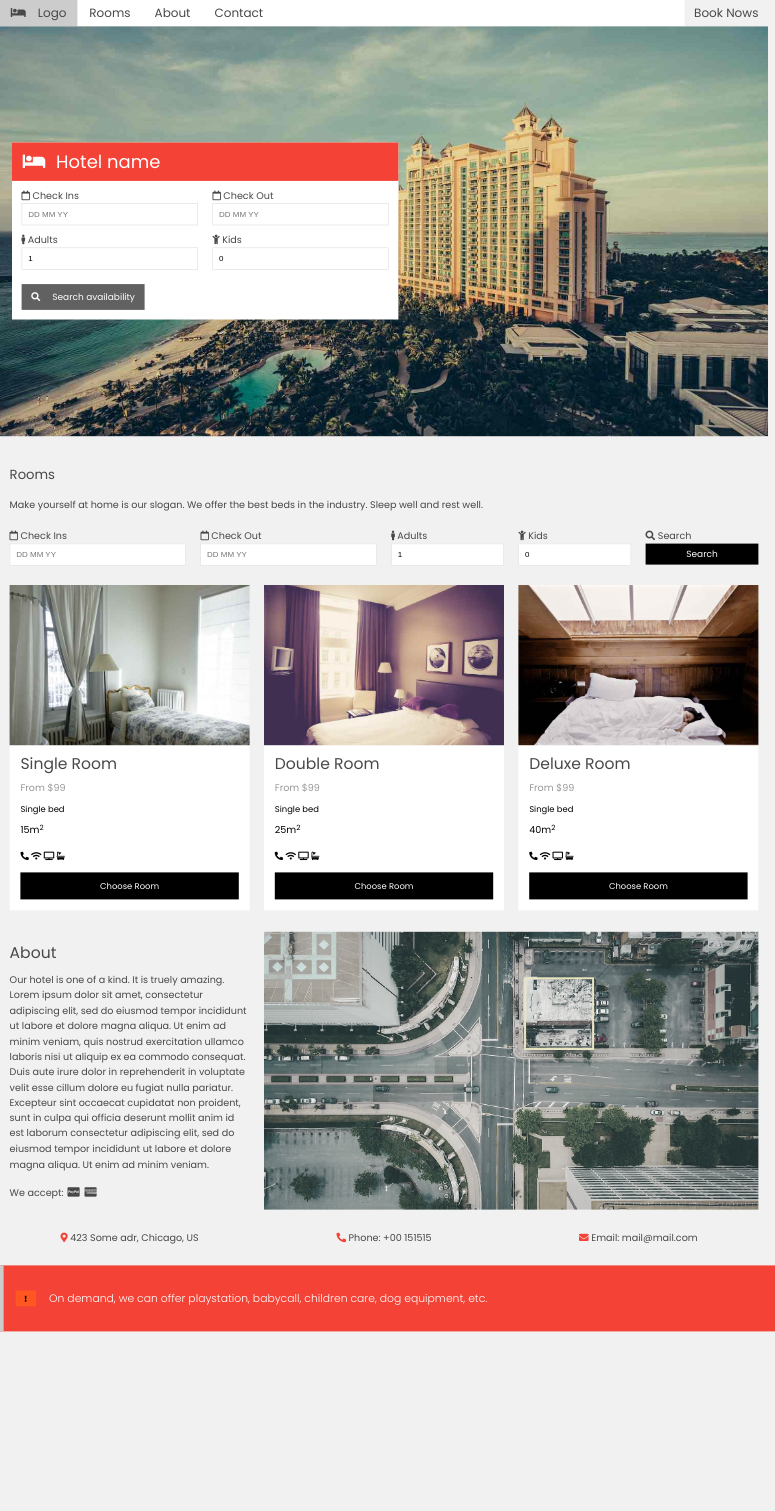
Repository: phamhuuloc/Travel_Template
Page: index.html
These files come from the project's save history. The page is drawn as it stood at one moment and after the next save; the edit follows.
The browser window is 1280 px wide. The page is 1292 px wide, so the pictures cover 1292 px, including what lies to the right of the window. The pictures show the whole page, at 60% of full size.
The style sheet was rebuilt from its Sass, Less or Tailwind sources for each picture, by a compiler version that may differ from the author's.

Above is the page before, as saved 2021-09-18 10:56:54.

After the next save:
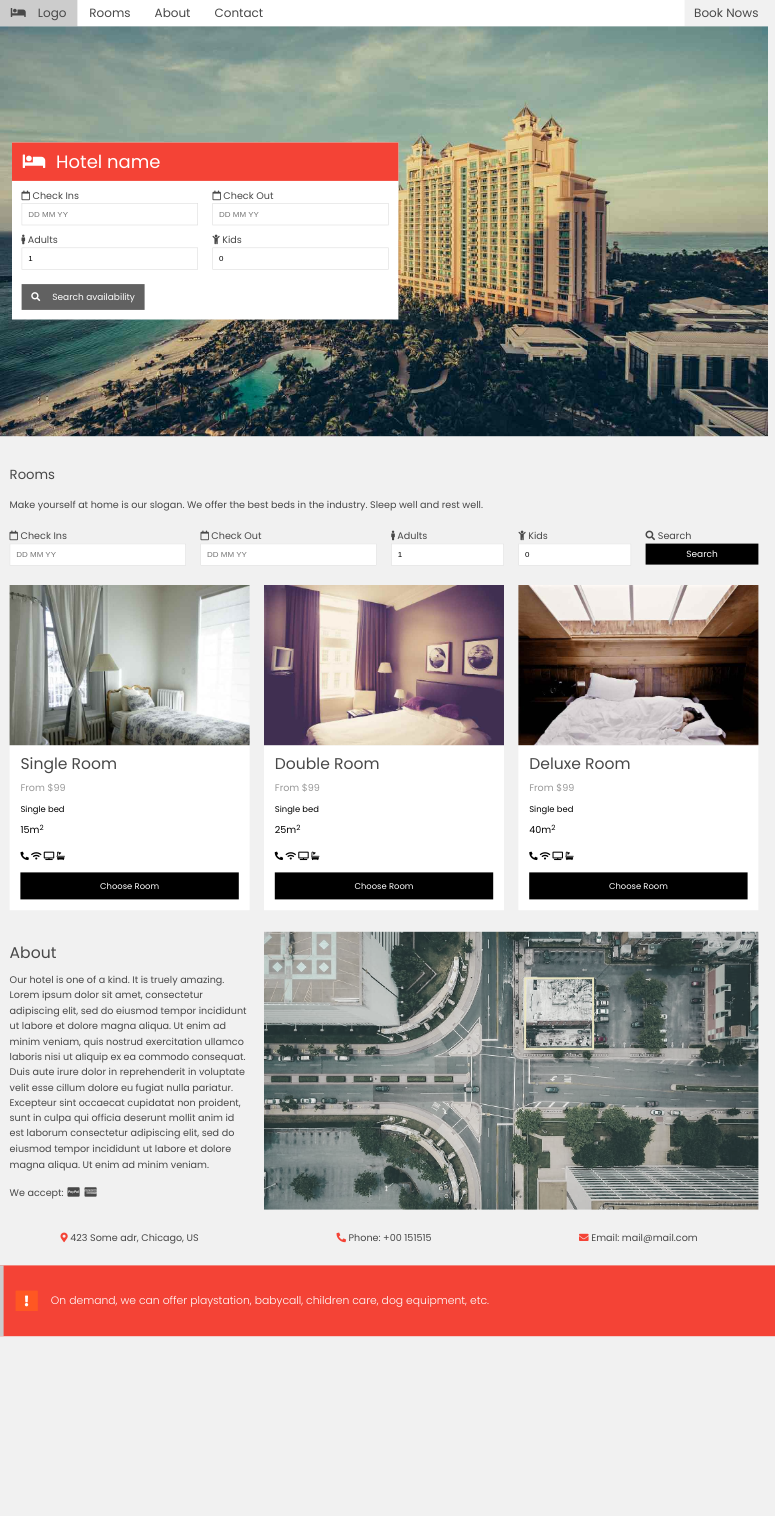
Saved 15 s later.
--- a/assets/main.scss
+++ b/assets/main.scss
@@ -277,6 +277,8 @@ sup {
   border-left: 1.8rem solid #ccc;
   @include flex(center, none);
   &__icon {
+    color: white;
+    font-size: 1.8rem;
     padding: 8px 15px;
     background-color: #ff5722;
     margin-right: 2.2rem;
